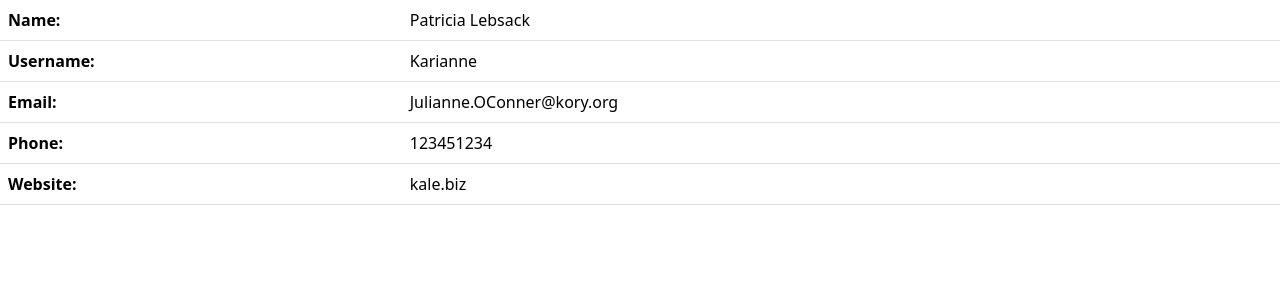
Repository: AyushMahatara/PHP-Simple-CRUD-with-JSON
Page: http://localhost/user/view.php?id=4
The author's editor kept a copy of each file at every save. The page is drawn from the files as they stood at one save, then again after the next save.
The browser window is 1280 px wide. The pictures show the whole page.
The page is run by PHP 8.4 with error messages shown; the project is at /var/www/html/.

Above is the page before, as saved 2024-03-20 15:53:17.

### user/view.php
<?php
require './users.php';

if (isset($_GET['id'])) {
}

$userId = $_GET['id'];

$user = getUserById($userId);

include '../partials/header.php';

?>

<table class="table">
    <tbody>
        <tr>
            <th>Name:</th>
            <td><?php echo $user['name'] ?></td>
        </tr>
        <tr>
            <th>Username:</th>
            <td><?php echo $user['username'] ?></td>
        </tr>
        <tr>
            <th>Email:</th>
            <td><?php echo $user['email'] ?></td>
        </tr>
        <tr>
            <th>Phone:</th>
            <td><?php echo $user['phone'] ?></td>
        </tr>
        <tr>
            <th>Website:</th>
            <td><?php echo $user['website'] ?></td>
        </tr>
    </tbody>
</table>


<?php
include '../partials/footer.php';
?>

### user/users.php
<?php

function getUsers()
{
    return json_decode(file_get_contents('./users.json'), true);

    // echo '<pre>';
    // var_dump($users);
    // echo '<pre>';
}


function getUserById($id)
{
    $users = getUsers();
    foreach ($users as $user) {
        if ($user['id'] == $id) {
            return $user;
        }
    }
    return null;
}


function createUser($data)
{
}


function updateUser($data, $id)
{
}

function deleteUser($id)
{
}

### user/users.json
[
  {
    "id": 4,
    "name": "Patricia Lebsack",
    "username": "Karianne",
    "email": "Julianne.OConner@kory.org",
    "phone": "123451234",
    "website": "kale.biz",
    "extension": "jpg"
  },
  {
    "id": 5,
    "name": "Chelsey Dietrich",
    "username": "Kamren",
    "email": "Lucio_Hettinger@annie.ca",
    "phone": "453218563",
    "website": "demarco.info",
    "extension": "jpg"
  },
  {
    "id": 6,
    "name": "Mrs. Dennis Schulist",
    "username": "Leopoldo_Corkery",
    "email": "Karley_Dach@jasper.info",
    "phone": "1078412367",
    "website": "ola.org",
    "extension": "jpg"
  },
  {
    "id": 7,
    "name": "Kurtis Weissnat",
    "username": "Elwyn.Skiles",
    "email": "Telly.Hoeger@billy.biz",
    "phone": "210.067.6132",
    "website": "elvis.io"
  },
  {
    "id": 8,
    "name": "Nicholas Runolfsdottir V",
    "username": "Maxime_Nienow",
    "email": "Sherwood@rosamond.me",
    "phone": "586.493.6943 x140",
    "website": "jacynthe.com"
  },
  {
    "id": 9,
    "name": "Glenna Reichert",
    "username": "Delphine",
    "email": "Chaim_McDermott@dana.io",
    "phone": "(775)976-6794 x41206",
    "website": "conrad.com"
  },
  {
    "id": 10,
    "name": "Clementina DuBuque",
    "username": "Moriah.Stanton",
    "email": "Rey.Padberg@karina.biz",
    "phone": "024-648-3804",
    "website": "ambrose.net"
  },
  {
    "name": "John Doe",
    "username": "john22",
    "email": "",
    "phone": "12345",
    "website": "",
    "id": 1879571,
    "extension": "jpg"
  }
]

### partials/header.php
<!DOCTYPE html>
<html lang="en">

<head>
    <meta charset="UTF-8">
    <meta name="viewport" content="width=device-width, initial-scale=1.0">
    <link href="https://cdn.jsdelivr.net/npm/bootstrap@5.3.3/dist/css/bootstrap.min.css" rel="stylesheet" integrity="sha384-QWTKZyjpPEjISv5WaRU9OFeRpok6YctnYmDr5pNlyT2bRjXh0JMhjY6hW+ALEwIH" crossorigin="anonymous">
    <title>Document</title>
</head>

<body>

### partials/footer.php
</body>

<script src="https://cdn.jsdelivr.net/npm/bootstrap@5.3.3/dist/js/bootstrap.bundle.min.js" integrity="sha384-YvpcrYf0tY3lHB60NNkmXc5s9fDVZLESaAA55NDzOxhy9GkcIdslK1eN7N6jIeHz" crossorigin="anonymous"></script>


</html>

After the next save:
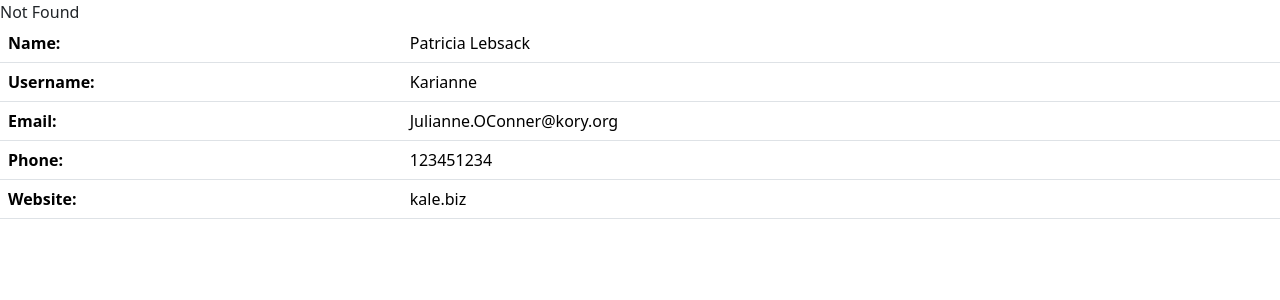
Saved 19 s later.
--- a/user/view.php
+++ b/user/view.php
@@ -2,6 +2,7 @@
 require './users.php';
 
 if (isset($_GET['id'])) {
+    echo "Not Found";
 }
 
 $userId = $_GET['id'];
